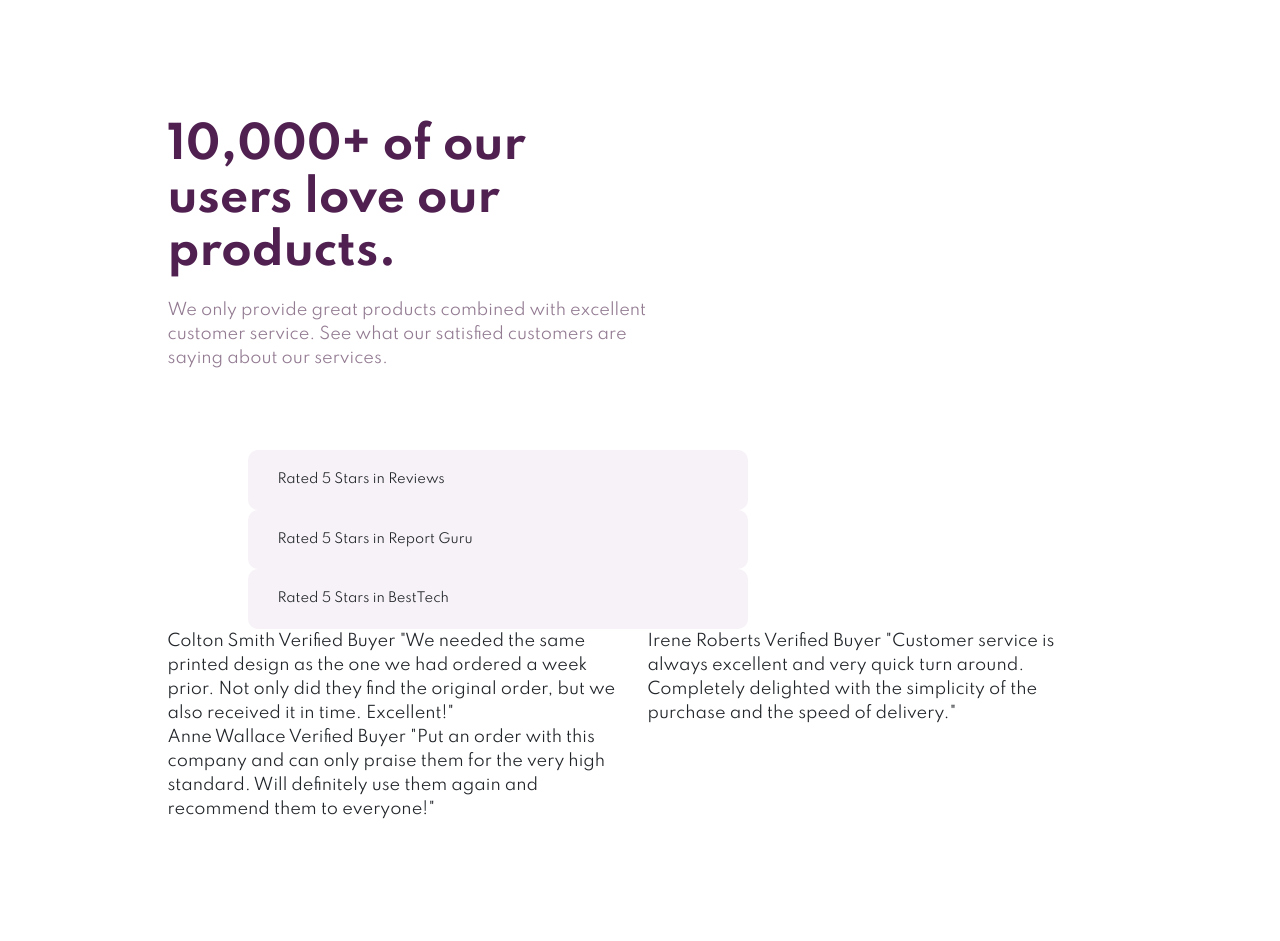
Repository: metehankasapp/social-proof-section-master
Page: index.html
An editor plug-in stored every save of this project. The page is shown before and after the next save, followed by the edit.
The browser window is 1280 px wide. The pictures show the whole page.
Some web libraries are served in a nearby version.

Above is the page before, as saved 2021-12-05 08:07:46.

### index.html
<!DOCTYPE html>
<html lang="en">

<head>
  <meta charset="UTF-8" />
  <meta name="viewport" content="width=device-width, initial-scale=1.0" />


  <title>Frontend Mentor | Social proof section</title>
  <link rel="preconnect" href="https://fonts.googleapis.com">
<link rel="preconnect" href="https://fonts.gstatic.com" crossorigin>
<link href="https://fonts.googleapis.com/css2?family=Spartan:wght@100;200;300;400;500;600;700;800;900&display=swap" rel="stylesheet">
  <link href="https://cdn.jsdelivr.net/npm/bootstrap@5.1.3/dist/css/bootstrap.min.css" rel="stylesheet"
    integrity="sha384-1BmE4kWBq78iYhFldvKuhfTAU6auU8tT94WrHftjDbrCEXSU1oBoqyl2QvZ6jIW3" crossorigin="anonymous">
  <link rel="stylesheet" href="style.css">
</head>

<body>
  <div class="main-ctr">
    <div class="w-100 row p-0 m-0">
      <div class="col-12 col-lg-6 header-area">
        <div class="header-purple">
          <h5>10,000+ of our users love our products.</h5>
        </div>

        <p class="m-0 header-text">
          We only provide great products combined with excellent customer service.
          See what our satisfied customers are saying about our services.
        </p>
      </div>

      <div class="col-12 col-lg-6 d-flex justify-content-center align-items-baseline flex-column">
        <div class="rate-container">
          Rated 5 Stars in Reviews
        </div>
        <div class="rate-container">
          Rated 5 Stars in Report Guru
        </div>
        <div class="rate-container">
          Rated 5 Stars in BestTech
        </div>
      </div>
    </div>

    <div class="w-100 row m-0 p-0 ">
      <div class="card-item col-12 col-lg-6">
        Colton Smith
        Verified Buyer
        "We needed the same printed design as the one we had ordered a week prior.
        Not only did they find the original order, but we also received it in time.
        Excellent!"
      </div>
      <div class="card-item col-12 col-lg-6">

        Irene Roberts
        Verified Buyer
        "Customer service is always excellent and very quick turn around. Completely
        delighted with the simplicity of the purchase and the speed of delivery."
      </div>
      <div class="card-item col-12 col-lg-6">

        Anne Wallace
        Verified Buyer
        "Put an order with this company and can only praise them for the very high
        standard. Will definitely use them again and recommend them to everyone!"
      </div>
    </div>
  </div>

  <script src="https://cdn.jsdelivr.net/npm/bootstrap@5.1.3/dist/js/bootstrap.bundle.min.js"
    integrity="sha384-ka7Sk0Gln4gmtz2MlQnikT1wXgYsOg+OMhuP+IlRH9sENBO0LRn5q+8nbTov4+1p" crossorigin="anonymous">
  </script>
  <script src="https://cdn.jsdelivr.net/npm/@popperjs/core@2.10.2/dist/umd/popper.min.js"
    integrity="sha384-7+zCNj/IqJ95wo16oMtfsKbZ9ccEh31eOz1HGyDuCQ6wgnyJNSYdrPa03rtR1zdB" crossorigin="anonymous">
  </script>
  <script src="https://cdn.jsdelivr.net/npm/bootstrap@5.1.3/dist/js/bootstrap.min.js"
    integrity="sha384-QJHtvGhmr9XOIpI6YVutG+2QOK9T+ZnN4kzFN1RtK3zEFEIsxhlmWl5/YESvpZ13" crossorigin="anonymous">
  </script>
</body>

</html>

### style.css
*{
    margin: 0;
    padding: 0;
    box-sizing: border-box;
}


html{
    font-size: 10px;
}

body{
    height: 100vh;
    font-size: 1.6rem;
    font-family: 'Spartan', sans-serif;
}

.main-ctr{
    padding: 12rem 16rem;
}

.header-area{
    width: 500px;
    margin-bottom: 8rem;
}
.header-purple h5{
    font-weight: 700;
    font-size: 44px;
    color: hsl(300, 43%, 22%);
    margin-bottom: 2rem;
}

.header-text{

    font-size: 16px;
    color: hsl(303, 10%, 53%);
}

.rate-container{
    padding: 2rem 3rem;
    background-color: hsl(300, 24%, 96%);
    font-size: 13px;
    border-radius: 10px;
    width: 500px
}

.rate-container:nth-child(2){
    margin-left: 4rem;
}
.rate-container:nth-child(3){
    margin-left: 8rem;
}

After the next save:
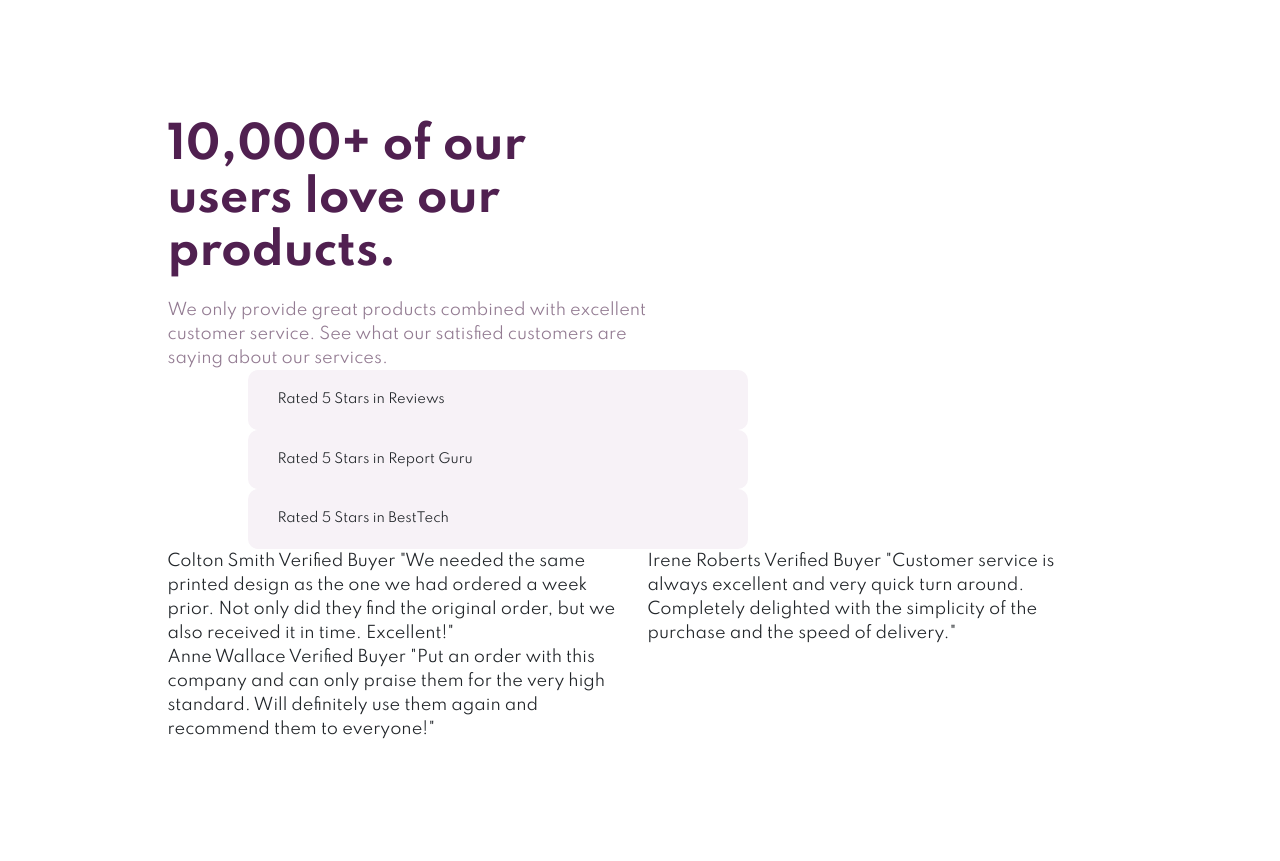
Saved 30 s later.
--- a/style.css
+++ b/style.css
@@ -21,7 +21,6 @@ body{
 
 .header-area{
     width: 500px;
-    margin-bottom: 8rem;
 }
 .header-purple h5{
     font-weight: 700;
